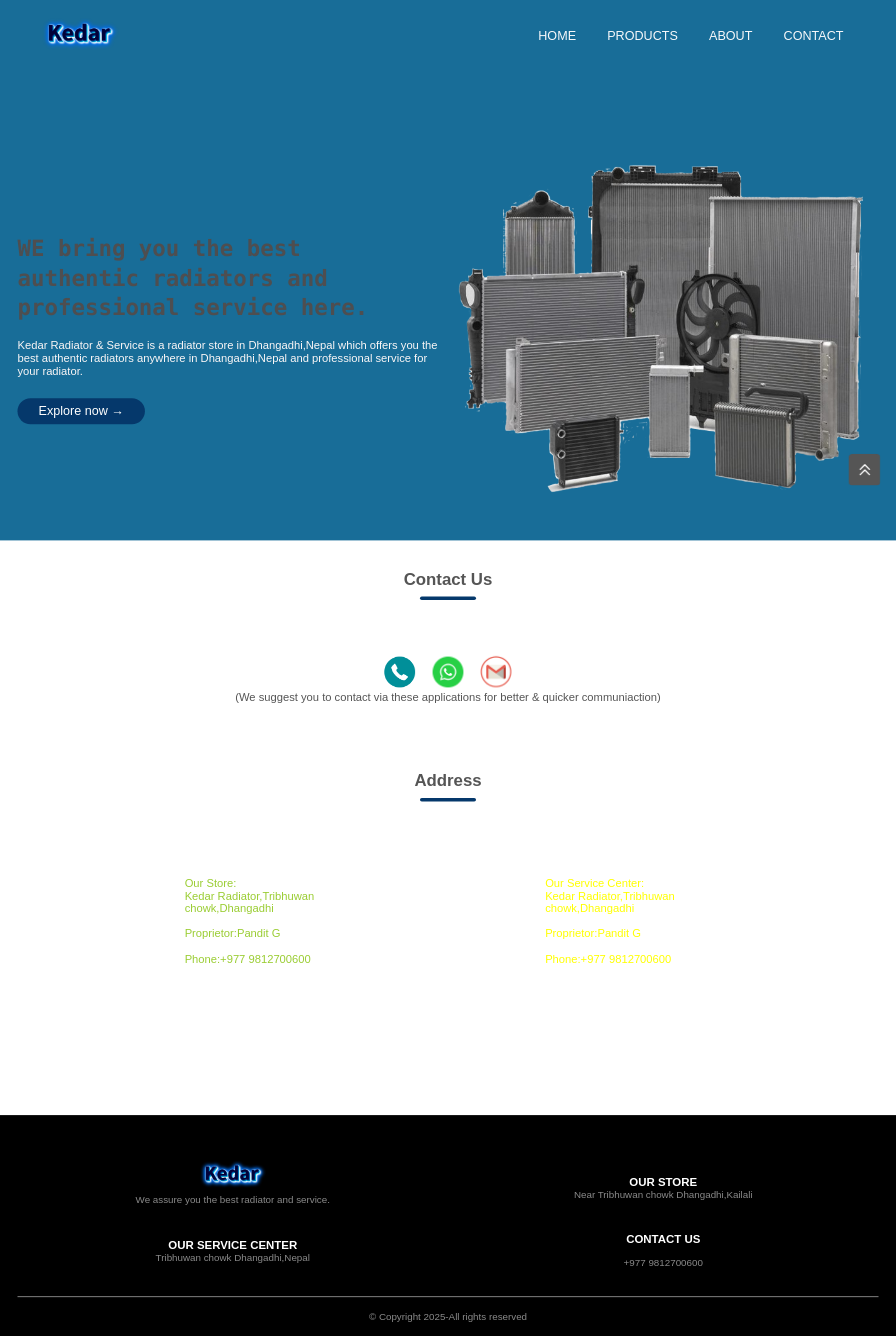
Repository: shyamchand-git/KedarRadiator
Page: contactsfrs.html
The author's editor kept a copy of each file at every save. The page is drawn from the files as they stood at one save, then again after the next save.
The browser window is 1280 px wide. The pictures show the whole page, at 70% of full size.
Pictures or frames that could not be fetched are drawn as grey boxes. Some web fonts or font styles are not loaded; a fallback is used.

Above is the page before, as saved 2026-02-22 13:30:19.
Console error: TypeError: Cannot read properties of null (reading 'addEventListener')

After the next save:
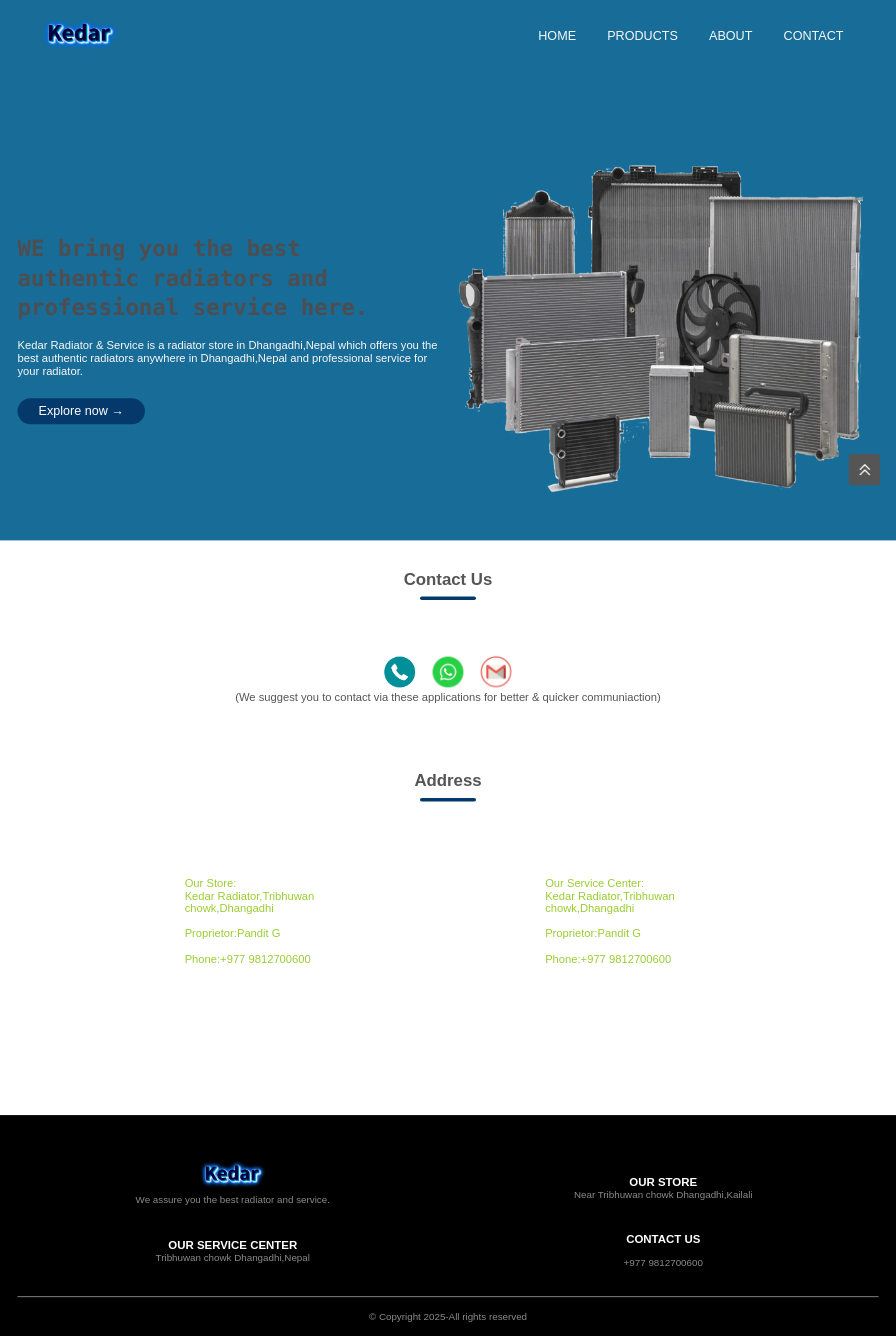
Saved 6 s later.
--- a/contactsfrs.html
+++ b/contactsfrs.html
@@ -148,7 +148,7 @@
             </div>
             <div class="col4">
                 <i class="fas fa-map-marker-alt"></i>
-                <h4 style="color: yellow;"">
+                <h4 style="color: yellowgreen;"">
                     Our Service Center:
                     <br>
                     Kedar Radiator,Tribhuwan chowk,Dhangadhi
